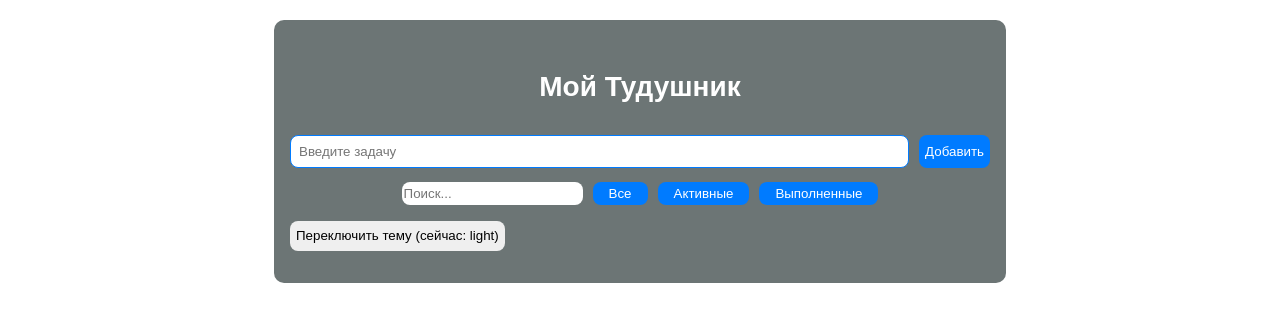
Repository: AlekCawka/-todo-project
Page: /
An editor plug-in stored every save of this project. The page is shown before and after a run of saves, followed by the edit.
The browser window is 1280 px wide. The pictures show the whole page.
The project was rebuilt for these pictures with package versions that can differ from the ones it lists, and the page was loaded fresh each time. Also part of the build but not shown: vite.config.js.

Above is the page before, as saved 2025-08-12 17:21:17.

After the next 4 saves:
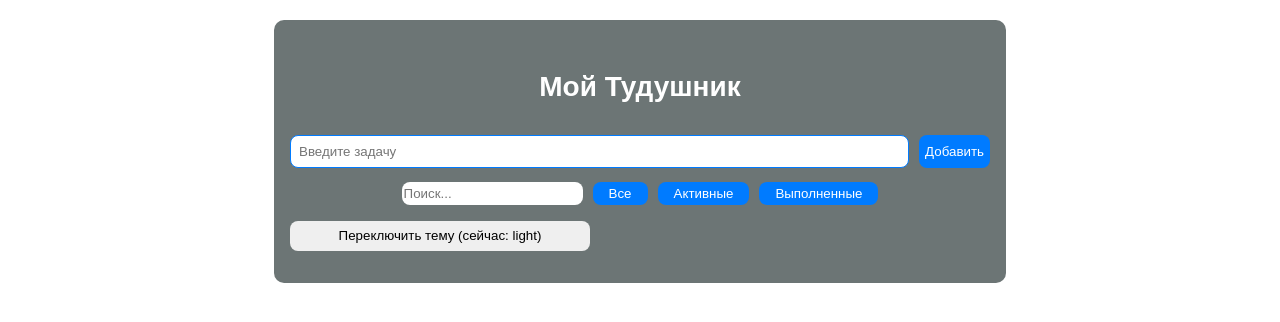
The 4 saves are shown as one change because they came seconds apart.
The last was saved 14 s later.
--- a/src/index.css
+++ b/src/index.css
@@ -18,4 +18,5 @@ body {
     border: none;
     border-radius: 8px;
     height: 30px;
+    width: 300px;
 }
